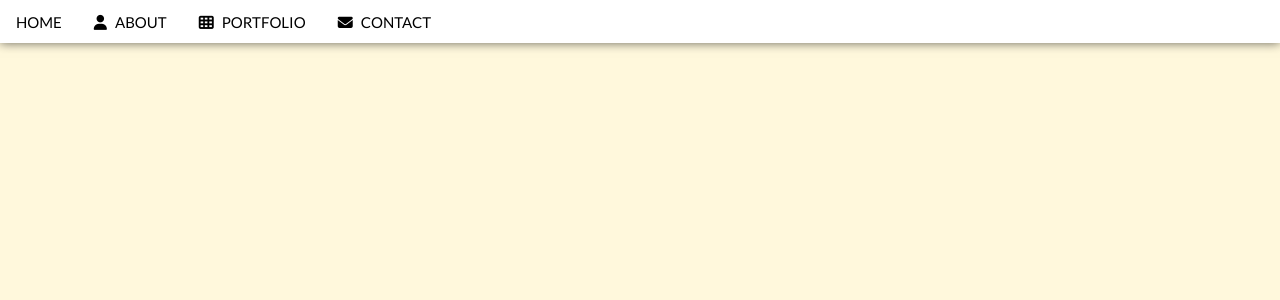
Repository: xd25vn/project-error
Page: index.html
The author's editor kept a copy of each file at every save. The page is drawn from the files as they stood at one save, then again after the next save.
The browser window is 1280 px wide. The pictures show the whole page.

Above is the page before, as saved 2023-09-02 14:03:33.

After the next save:
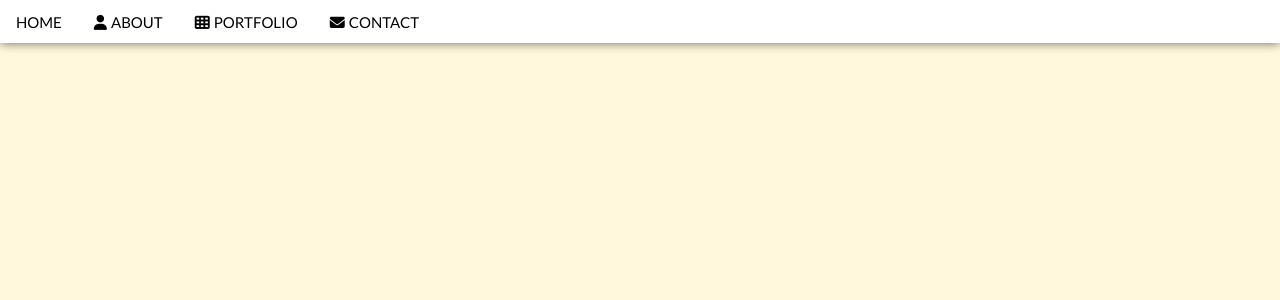
Saved 8 s later.
--- a/assets/main.css
+++ b/assets/main.css
@@ -14,7 +14,7 @@ header #nav li {
 }
 
 header #nav li i {
-    padding-right: 8px;
+    padding-right: 4px;
 }
 
 header #nav li a {
